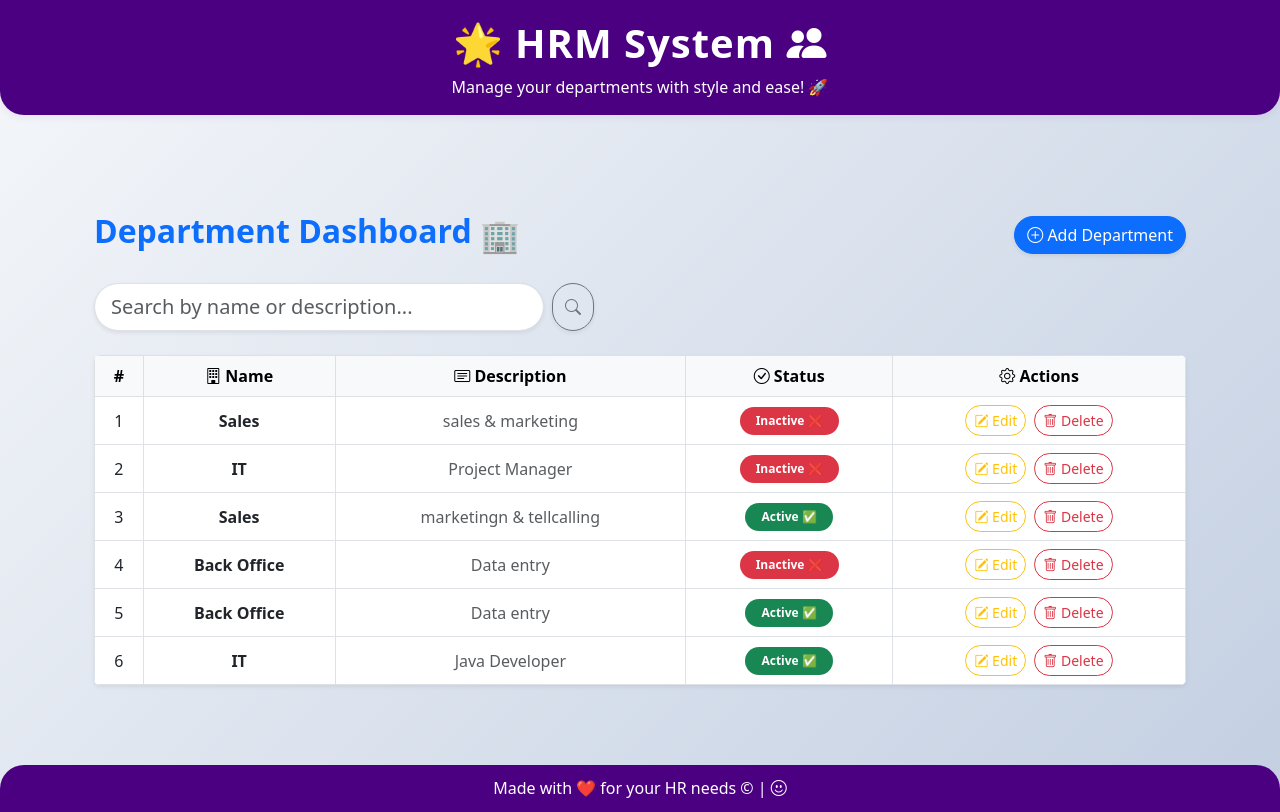
Repository: rtrupti09/HRMS
Page: http://localhost/departments/
The author's editor kept a copy of each file at every save. The page is drawn from the files as they stood at one save, then again after the next save.
The browser window is 1280 px wide. The pictures show the whole page.
The page is served by the project's application, run on Django 5.2 (hrm_system/manage.py). The first stored user is signed in. Other server files are loaded and not shown. The page reads the database file committed with the project.

Above is the page before, as saved 2025-06-22 15:43:35.

### hrm_system/templates/department/dashboard.html
{% extends "base.html" %}

{% block extra_head %}
<link rel="stylesheet" href="https://cdn.jsdelivr.net/npm/bootstrap-icons@1.10.5/font/bootstrap-icons.css">
{% endblock %}

{% block content %}
<div class="container py-5">
    <!-- Header -->
    <div class="d-flex align-items-center justify-content-between mb-4">
        <div class="d-flex align-items-center">
            <h2 class="me-2 text-primary fw-bold">Department Dashboard</h2>
            <span class="fs-2">🏢</span>
        </div>
        <a href="{% url 'add_department' %}" class="btn btn-primary shadow-sm" style="border-radius: 30px;">
            <i class="bi bi-plus-circle"></i> Add Department
        </a>
    </div>

    <!-- Search Form -->
    <form method="get" class="d-flex mb-4" style="max-width: 500px;">
        <input type="text" name="search" value="{{ search }}" placeholder="Search by name or description..." class="form-control form-control-lg me-2 rounded-pill shadow-sm">
        <button type="submit" class="btn btn-outline-secondary rounded-pill shadow-sm">
            <i class="bi bi-search"></i>
        </button>
    </form>

    <!-- Department Table -->
    <div class="table-responsive rounded shadow-sm">
        <table class="table table-bordered table-hover align-middle mb-0" style="background-color: #ffffff;">
            <thead class="table-light">
                <tr class="text-center">
                    <th>#</th>
                    <th><i class="bi bi-building"></i> Name</th>
                    <th><i class="bi bi-card-text"></i> Description</th>
                    <th><i class="bi bi-check-circle"></i> Status</th>
                    <th><i class="bi bi-gear"></i> Actions</th>
                </tr>
            </thead>
            <tbody>
                {% for dept in departments %}
                <tr class="text-center">
                    <td>{{ forloop.counter }}</td>
                    <td class="fw-semibold text-capitalize text-dark">{{ dept.dept_name }}</td>
                    <td class="text-muted">{{ dept.description }}</td>
                    <td>
                        {% if dept.status %}
                            <span class="badge bg-success px-3 py-2 rounded-pill">Active ✅</span>
                        {% else %}
                            <span class="badge bg-danger px-3 py-2 rounded-pill">Inactive ❌</span>
                        {% endif %}
                    </td>
                    <td>
                        <a href="{% url 'edit_department' dept.id %}" class="btn btn-sm btn-outline-warning rounded-pill me-1">
                            <i class="bi bi-pencil-square"></i> Edit
                        </a>
                        <a href="{% url 'delete_department' dept.id %}" class="btn btn-sm btn-outline-danger rounded-pill">
                            <i class="bi bi-trash"></i> Delete
                        </a>
                    </td>
                </tr>
                {% empty %}
                <tr>
                    <td colspan="5" class="text-center text-muted py-4">😕 No departments found.</td>
                </tr>
                {% endfor %}
            </tbody>
        </table>
    </div>
</div>
{% endblock %}

### hrm_system/templates/base.html
<!-- templates/base.html -->
<!DOCTYPE html>
<html lang="en">
<head>
    <meta charset="UTF-8">
    <title>HRM System</title>
    <meta name="viewport" content="width=device-width, initial-scale=1">
    <link href="https://cdn.jsdelivr.net/npm/bootstrap@5.3.0/dist/css/bootstrap.min.css" rel="stylesheet">
    <link rel="stylesheet" href="https://cdn.jsdelivr.net/npm/bootstrap-icons@1.10.5/font/bootstrap-icons.css">
    <style>
        body {
            background: linear-gradient(135deg, #f5f7fa 0%, #c3cfe2 100%);
            min-height: 100vh;
        }
        .hrm-header {
            background: #4B0082;
            color: #fff;
            padding: 1.2rem 0 1rem 0;
            border-radius: 0 0 24px 24px;
            box-shadow: 0 2px 8px rgba(75,0,130,0.08);
            margin-bottom: 2rem;
        }
        .hrm-footer {
            background: #4B0082;
            color: #fff;
            text-align: center;
            padding: 0.7rem 0;
            border-radius: 24px 24px 0 0;
            margin-top: 2rem;
            font-size: 1rem;
        }
    </style>
    {% block extra_head %}{% endblock %}
</head>
<body>
    <div class="hrm-header text-center">
        <h1 style="font-weight:bold; letter-spacing:1px;">🌟 HRM System <i class="bi bi-people-fill"></i></h1>
        <p class="mb-0">Manage your departments with style and ease! 🚀</p>
    </div>
    <div class="container pt-3">
        {% if messages %}
        <div>
            {% for message in messages %}
                <div class="alert alert-{{ message.tags }} alert-dismissible fade show" role="alert">
                    {{ message }}
                    <button type="button" class="btn-close" data-bs-dismiss="alert"></button>
                </div>
            {% endfor %}
        </div>
        {% endif %}
        {% block content %}{% endblock %}
    </div>
    <div class="hrm-footer">
        <span>Made with ❤️ for your HR needs &copy; {{ now|date:'Y' }} | <i class="bi bi-emoji-smile"></i></span>
    </div>
</body>
</html>

### hrm_system/department/models.py
# department/models.py
from django.db import models

class Department(models.Model):
    dept_name = models.CharField(max_length=100)
    description = models.CharField(max_length=300)
    created_at = models.DateTimeField(auto_now_add=True)
    updated_at = models.DateTimeField(auto_now=True)
    status = models.BooleanField(default=True)

    def __str__(self):
        return self.dept_name

### hrm_system/department/views.py
# department/views.py
from django.shortcuts import render, redirect, get_object_or_404
from .models import Department
from .forms import DepartmentForm
from django.contrib import messages
from django.contrib.auth.decorators import user_passes_test

def admin_required(view_func):
    return user_passes_test(lambda u: u.is_superuser)(view_func)

@admin_required
def department_dashboard(request):
    departments = Department.objects.all()
    query = request.GET.get("search", "")
    if query:
        departments = departments.filter(dept_name__icontains=query)
    return render(request, "department/dashboard.html", {"departments": departments})

@admin_required
def add_department(request):
    if request.method == "POST":
        form = DepartmentForm(request.POST)
        if form.is_valid():
            form.save()
            messages.success(request, "Department added successfully.")
            return redirect('department_dashboard')
    else:
        form = DepartmentForm()
    return render(request, "department/add_edit.html", {"form": form})

@admin_required
def edit_department(request, dept_id):
    department = get_object_or_404(Department, pk=dept_id)
    if request.method == "POST":
        form = DepartmentForm(request.POST, instance=department)
        if form.is_valid():
            form.save()
            messages.success(request, "Department updated successfully.")
            return redirect('department_dashboard')
    else:
        form = DepartmentForm(instance=department)
    return render(request, "department/add_edit.html", {"form": form})

@admin_required
def delete_department(request, dept_id):
    department = get_object_or_404(Department, pk=dept_id)
    if request.method == "POST":
        department.status = False  # Soft delete
        department.save()
        messages.warning(request, "Department deactivated. Reassign employees before deletion.")
        return redirect('department_dashboard')
    return render(request, "department/confirm_delete.html", {"department": department})

### hrm_system/hrm_system/urls.py
"""
URL configuration for hrm_system project.

The `urlpatterns` list routes URLs to views. For more information please see:
    https://docs.djangoproject.com/en/5.2/topics/http/urls/
Examples:
Function views
    1. Add an import:  from my_app import views
    2. Add a URL to urlpatterns:  path('', views.home, name='home')
Class-based views
    1. Add an import:  from other_app.views import Home
    2. Add a URL to urlpatterns:  path('', Home.as_view(), name='home')
Including another URLconf
    1. Import the include() function: from django.urls import include, path
    2. Add a URL to urlpatterns:  path('blog/', include('blog.urls'))
"""
# hrm_system/urls.py

from django.contrib import admin
from django.urls import path, include
from django.shortcuts import redirect

urlpatterns = [
    path('admin/', admin.site.urls),
    path('departments/', include('department.urls')),
    path('accounts/', include('django.contrib.auth.urls')),  # ✅ Add this line
    path('', lambda request: redirect('department_dashboard')),
]

### hrm_system/department/urls.py
# department/urls.py
from django.urls import path
from . import views

urlpatterns = [
    path('', views.department_dashboard, name='department_dashboard'),
    path('add/', views.add_department, name='add_department'),
    path('edit/<int:dept_id>/', views.edit_department, name='edit_department'),
    path('delete/<int:dept_id>/', views.delete_department, name='delete_department'),
]

### hrm_system/db.sqlite3 (the tables this page reads, as SQL)
CREATE TABLE "auth_user" ("id" integer NOT NULL PRIMARY KEY AUTOINCREMENT, "password" varchar(128) NOT NULL, "last_login" datetime NULL, "is_superuser" bool NOT NULL, "username" varchar(150) NOT NULL UNIQUE, "last_name" varchar(150) NOT NULL, "email" varchar(254) NOT NULL, "is_staff" bool NOT NULL, "is_active" bool NOT NULL, "date_joined" datetime NOT NULL, "first_name" varchar(150) NOT NULL);
INSERT INTO "auth_user" VALUES
(1, 'pbkdf2_sha256$1000000$klXm5yfIOGV7m5jneleXNI$T7tebBIVv4do04abtiFRVLbcZeciDKrjFDq6fdQjkgs=', '2025-06-22 09:39:57.673721', 1, 'admin', '', '', 1, 1, '2025-06-22 09:14:34.032178', '');

CREATE TABLE "department_department" ("id" integer NOT NULL PRIMARY KEY AUTOINCREMENT, "dept_name" varchar(100) NOT NULL, "description" varchar(300) NOT NULL, "created_at" datetime NOT NULL, "updated_at" datetime NOT NULL, "status" bool NOT NULL);
INSERT INTO "department_department" VALUES
(1, 'sales', 'sales & marketing', '2025-06-22 09:48:29.772689', '2025-06-22 09:53:15.225973', 0),
(2, 'IT', 'Project Manager', '2025-06-22 09:50:40.913259', '2025-06-22 09:50:45.176349', 0),
(3, 'sales', 'marketingn & tellcalling', '2025-06-22 09:53:28.339740', '2025-06-22 09:53:44.053389', 1),
(4, 'back office', 'Data entry', '2025-06-22 09:54:09.921954', '2025-06-22 09:54:14.452761', 0),
(5, 'back office', 'Data entry', '2025-06-22 09:54:41.224577', '2025-06-22 09:54:41.224597', 1),
(6, 'IT', 'Java Developer', '2025-06-22 10:01:21.121885', '2025-06-22 10:01:21.121905', 1);

After the next save:
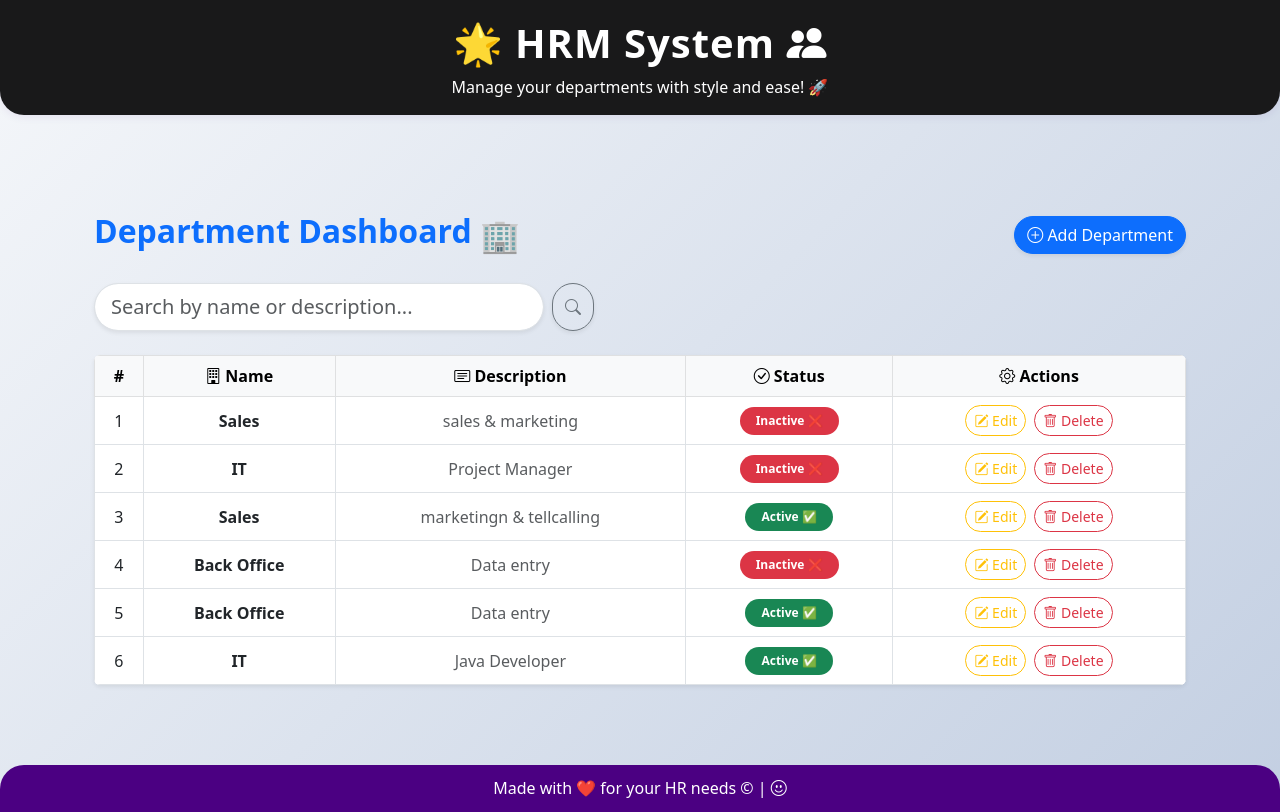
Saved 18 s later.
--- a/hrm_system/templates/base.html
+++ b/hrm_system/templates/base.html
@@ -13,7 +13,7 @@
             min-height: 100vh;
         }
         .hrm-header {
-            background: #4B0082;
+            background: #19191a;
             color: #fff;
             padding: 1.2rem 0 1rem 0;
             border-radius: 0 0 24px 24px;
